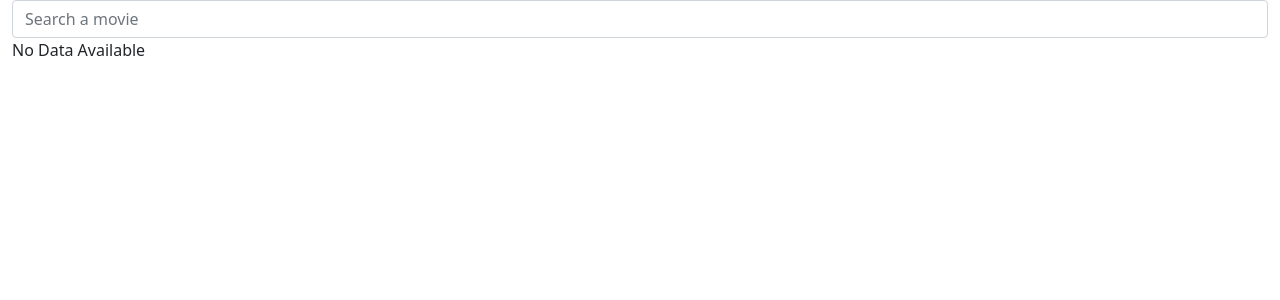
Repository: anirudhbichal/OMDBList
Page: /
These files come from the project's save history. The page is drawn as it stood at one moment and after the next save; the edit follows.
The browser window is 1280 px wide. The pictures show the whole page.
The project was rebuilt for these pictures with package versions that can differ from the ones it lists, and the page was loaded fresh each time. Also part of the build but not shown: src/App.css, src/components/MovieList.js.

Above is the page before, as saved 2022-01-16 22:02:55.

### src/App.js
import { useEffect, useState } from 'react';
import './App.css';
import 'bootstrap/dist/css/bootstrap.min.css';
import { Container, Spinner } from 'react-bootstrap';
import Search from './components/Search';
import MovieList from './components/MovieList';

function App() {
  const [searchvalue, setsearchvalue] = useState('');
  const [movies, setMovies] = useState([]);
  const [loading, setLoading] = useState(false);

  function getFullMovieDetails (id) {
    return fetch(`http://www.omdbapi.com/?i=${id}&apikey=6c3a2d45`);
  }

  async function fetchSearchData (val) {
    setLoading(true);
    let results = await fetch(`http://www.omdbapi.com/?s=${val}&apiKey=6c3a2d45`);
    results = await results.json();
    console.log(results);
    results && results.Search && Promise.all(results.Search.map((r) => getFullMovieDetails(r.imdbID)))
      .then(async(res)=> Promise.all(res.map(async(data) => await data.json())))
      .then(data => {
        setMovies(data);
        setLoading(false);
      });
  };

  useEffect(() => {
    if(searchvalue !== '') {
      fetchSearchData(searchvalue);
    }
  }, [searchvalue]);

  return (
    <Container fluid>
      <Search searchvalue={setsearchvalue} />
      {
        !loading ? (movies.length > 0  ? <MovieList movieData={movies}/> : <p>No Data Available</p>) :
        <Spinner animation="border" role="status">
          <span className="visually-hidden">Loading...</span>
        </Spinner>
      }
    </Container>
  );
}

export default App;

### src/components/Search.js
import React from 'react'
import { Col, Form } from 'react-bootstrap'

const Search = (props) => {

    const getSearchValue = (event) => {
        if(event.target.value && event.target.value.length > 3) {
            props.searchvalue(event.target.value);
        }
    }

    return (
        <Col>
            <Form.Control placeholder="Search a movie" onChange={getSearchValue}/>
        </Col>
    )
}

export default Search

Loaded but not shown: public/index.html (common file); src/index.js (common file); src/index.css (common file); src/reportWebVitals.js (common file)

After the next save:
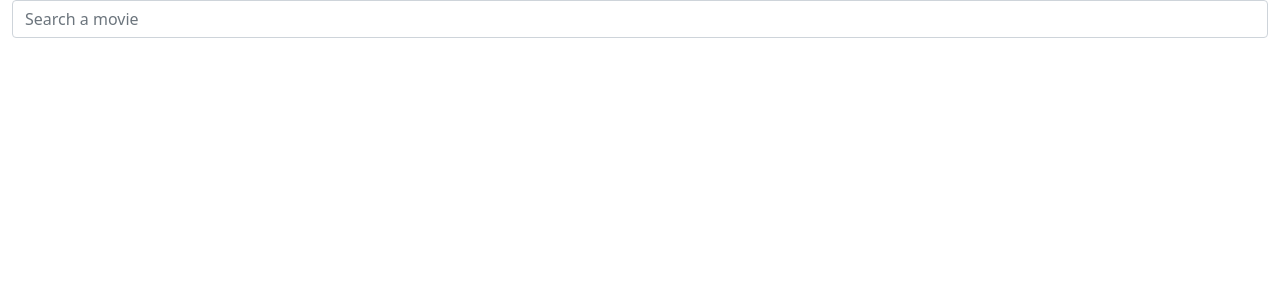
Saved 30 s later.
--- a/src/App.js
+++ b/src/App.js
@@ -37,7 +37,7 @@
     <Container fluid>
       <Search searchvalue={setsearchvalue} />
       {
-        !loading ? (movies.length > 0  ? <MovieList movieData={movies}/> : <p>No Data Available</p>) :
+        !loading ? (movies.length > 0  ? <MovieList movieData={movies}/> : '') :
         <Spinner animation="border" role="status">
           <span className="visually-hidden">Loading...</span>
         </Spinner>
